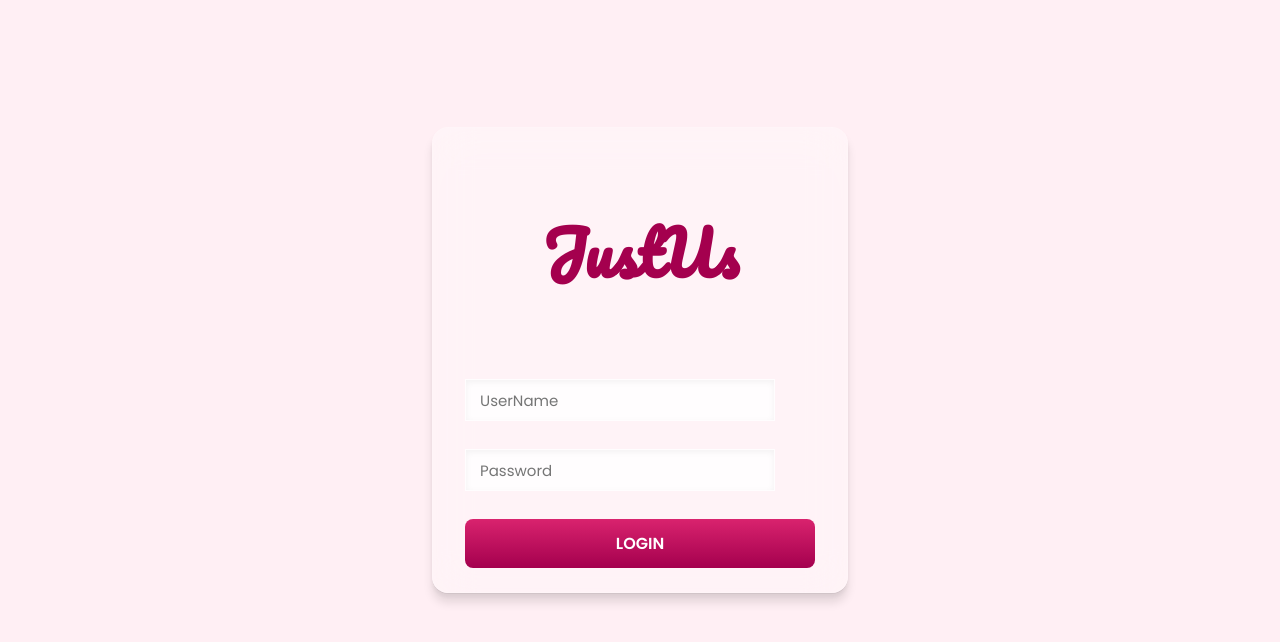
Repository: AfifaNoor/JustUs_ReactJs
Page: /
An editor plug-in stored every save of this project. The page is shown before and after the next save, followed by the edit.
The browser window is 1280 px wide. The pictures show the whole page.
The project was rebuilt for these pictures with package versions that can differ from the ones it lists, and the page was loaded fresh each time.

Above is the page before, as saved 2025-07-14 16:16:54.

After the next save:
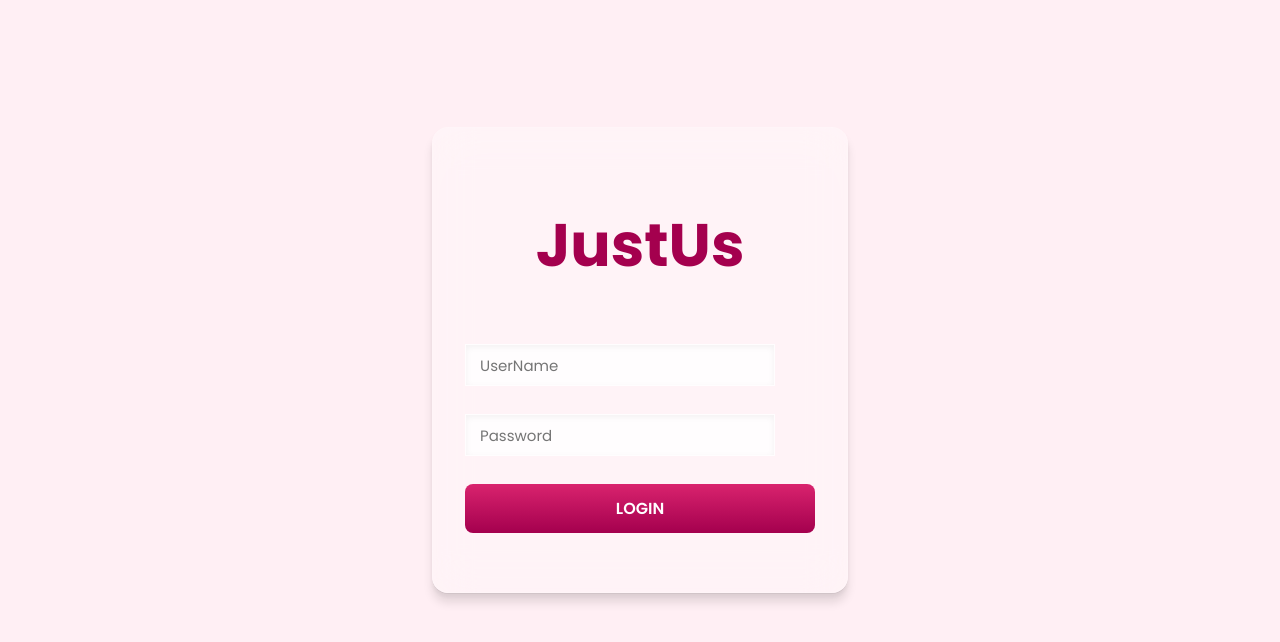
Saved 18 s later.
--- a/src/LoginPage.css
+++ b/src/LoginPage.css
@@ -18,7 +18,9 @@
 h1,h2,h3 {
   color: #A4004E;
   font-weight: 700;
-
+  font-family: 'Poppins', sans-serif;
+  margin-bottom: 20px;
+  text-align: center;
 }
 
 .logo {
@@ -26,7 +28,7 @@
   font-size: 30px;
   text-align: center;
   margin-bottom: 20px;
-  color: #A4004E;
+  /* color: #A4004E; */
 
 }
 

After the save that followed:
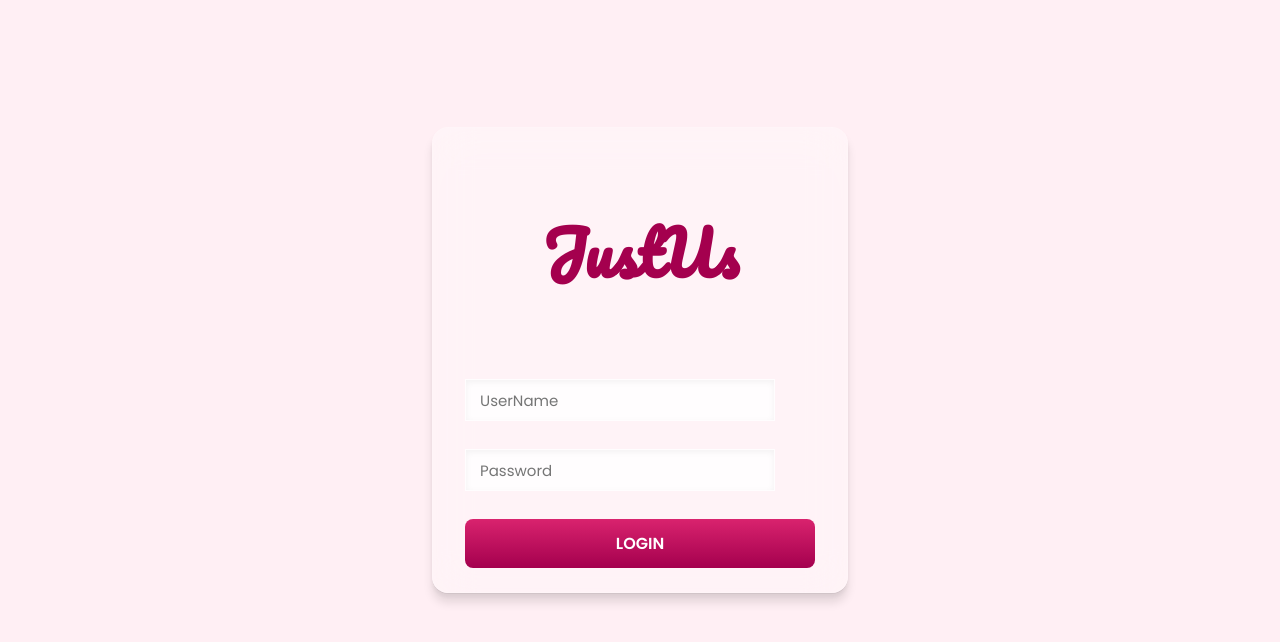
Saved 7 s later.
--- a/src/LoginPage.css
+++ b/src/LoginPage.css
@@ -18,9 +18,7 @@
 h1,h2,h3 {
   color: #A4004E;
   font-weight: 700;
-  font-family: 'Poppins', sans-serif;
-  margin-bottom: 20px;
-  text-align: center;
+
 }
 
 .logo {
